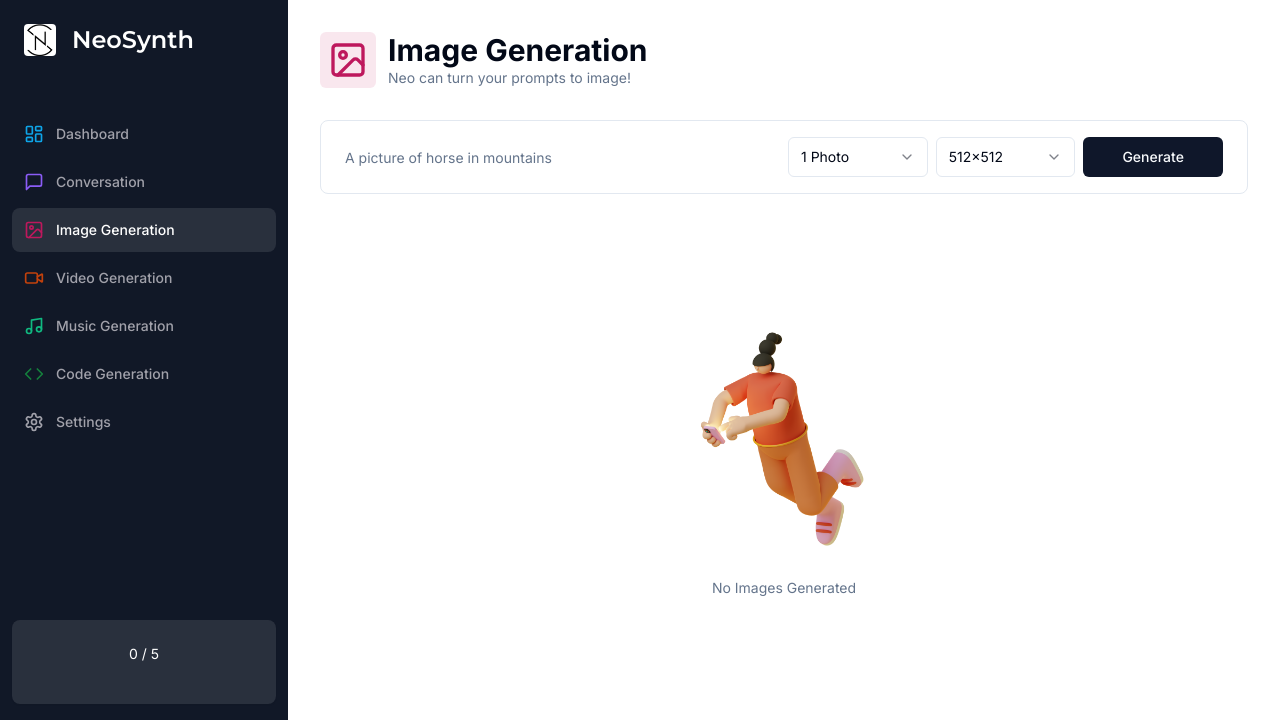
Repository: tathagat22/NeoSynth
Page: /image
The author's editor kept a copy of each file at every save. The page is drawn from the files as they stood at one save, then again after the next save.
The browser window is 1280 px wide. The pictures show the whole page.
The page's requests for data from a server got no answer. The project was rebuilt for these pictures with package versions that can differ from the ones it lists, and the page was loaded fresh each time. Some packages were replaced by stand-ins written for this rebuild. The framework's server and built-in components were replaced by stand-ins that run in the browser. No one was signed in, and anything a server would have sent is missing. Also part of the build but not shown: next.config.js, components/ui/label.tsx, components/loader.tsx.

Above is the page before, as saved 2023-09-03 17:07:34.

After the next save:
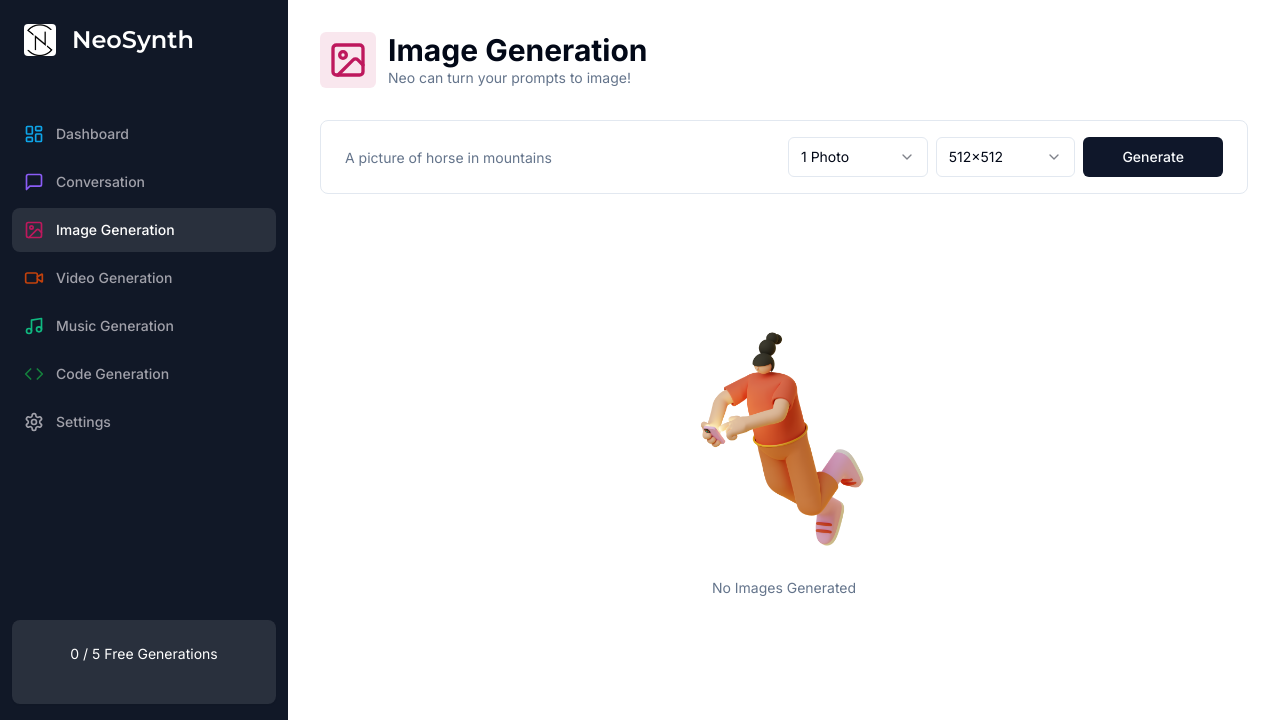
Saved 11 s later.
--- a/components/free-counter.tsx
+++ b/components/free-counter.tsx
@@ -23,7 +23,7 @@
       <Card className="bg-white/10 border-0">
         <CardContent className="py-6">
           <div className="text-center text-sm text-white mb-4 space-y-2">
-            <p>{apiLimitCount} / {MAX_FREE_COUNTS}</p>
+            <p>{apiLimitCount} / {MAX_FREE_COUNTS} Free Generations</p>
           </div>
         </CardContent>
       </Card>
